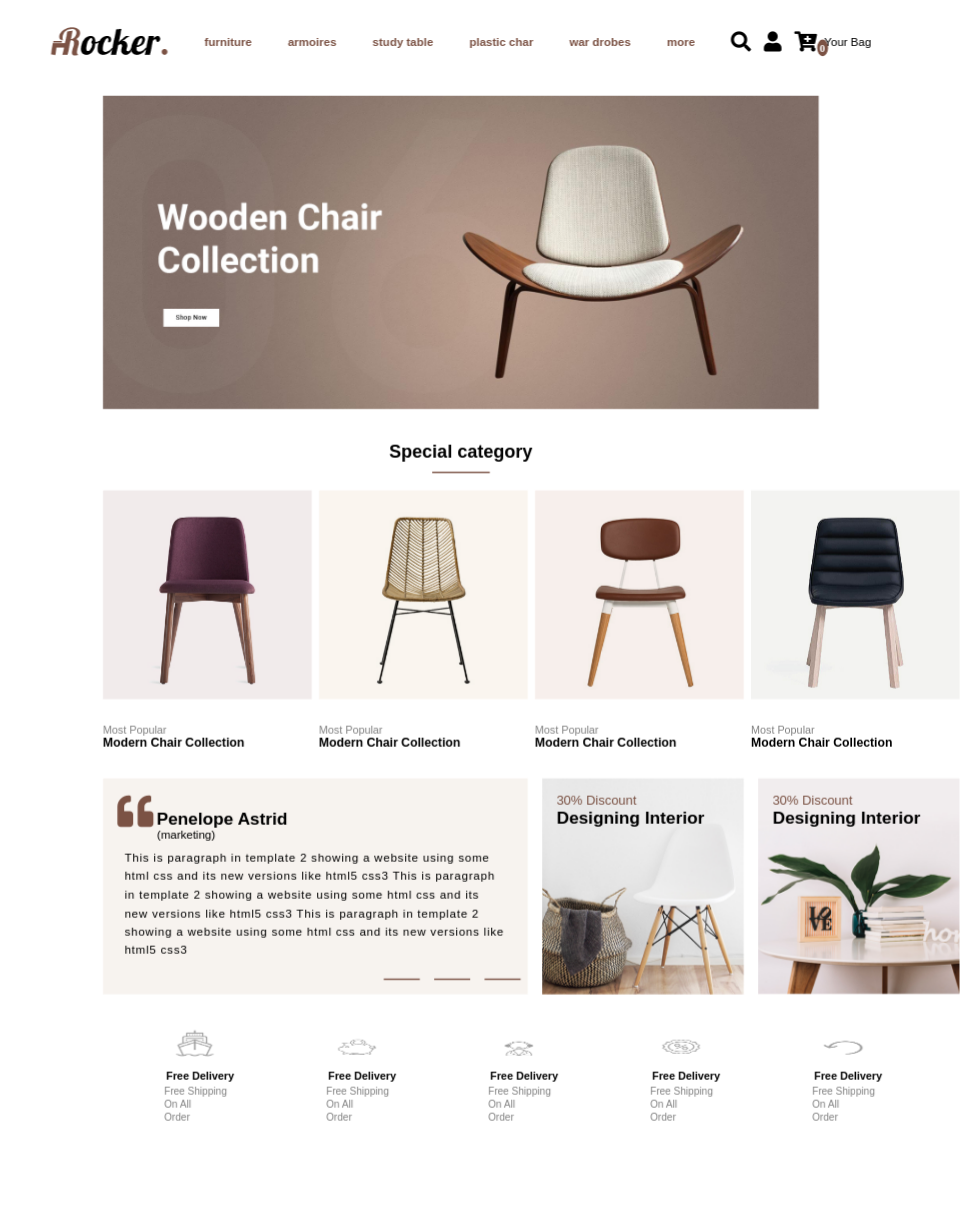
Repository: Ahmed123rezk123/p2-template
Page: index.html
These files come from the project's save history. The page is drawn as it stood at one moment and after a run of saves; the edit follows.
The browser window is 1280 px wide. The page is 1333 px wide, so the pictures cover 1333 px, including what lies to the right of the window. The pictures show the whole page, at 72% of full size.

Above is the page before, as saved 2024-01-24 22:49:35.

After the next 2 saves:
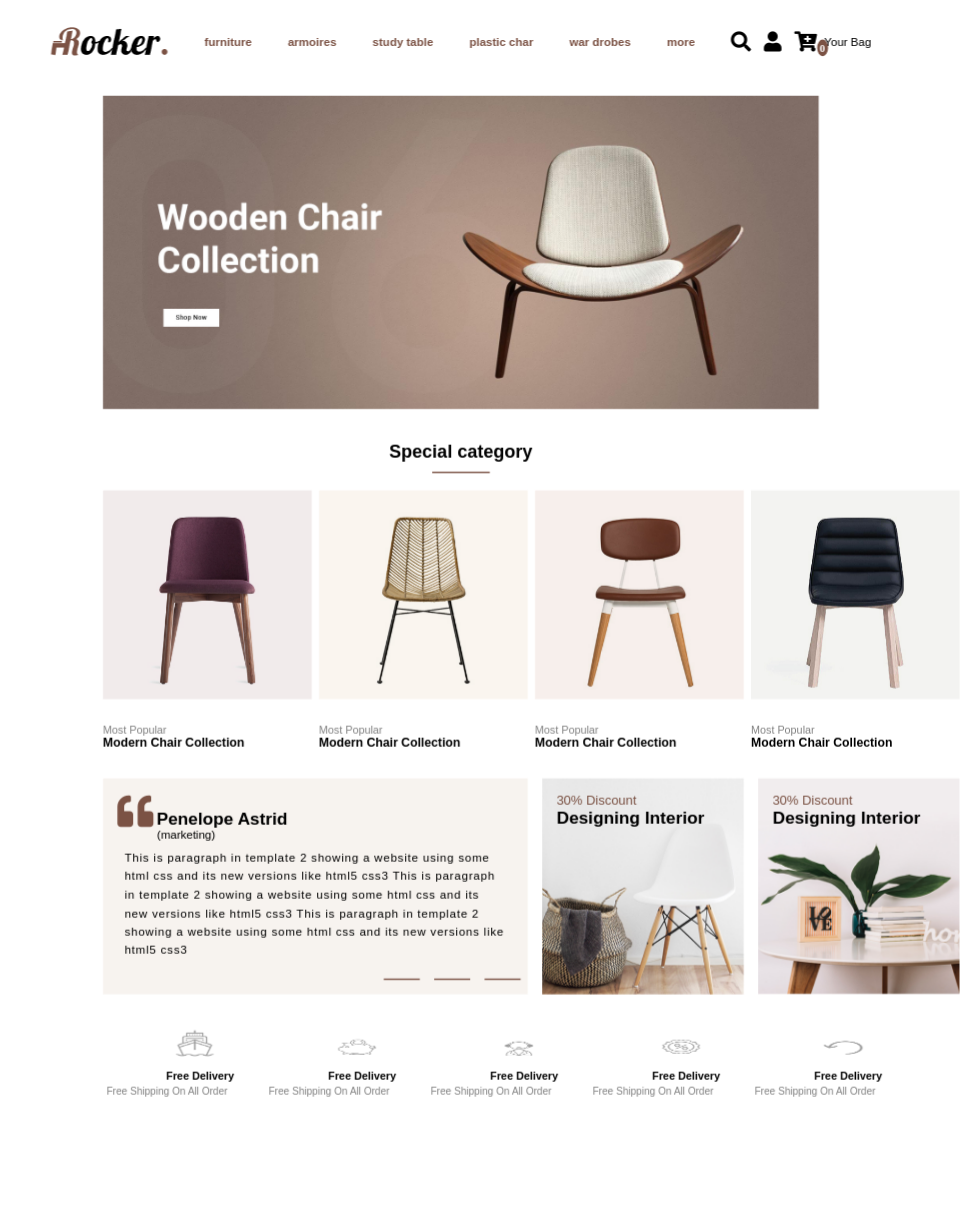
The 2 saves are shown as one change because they came seconds apart.
The last was saved 21 min 17 s later.
--- a/css/style.css
+++ b/css/style.css
@@ -379,8 +379,8 @@ left: 260px;
     .section2 .container .parent1 .parent2 .div3-1 span  ,
     .section2 .container .parent1 .parent2 .div4-1 span ,
     .section2 .container .parent1 .parent2 .div5-1 span  {
-        /* margin-left: -80px; */
-         margin-right: 100px;
+        margin-left: -80px;
+         /* margin-right: 100px; */
         color: gray;
         font-size: 14px;
     }
